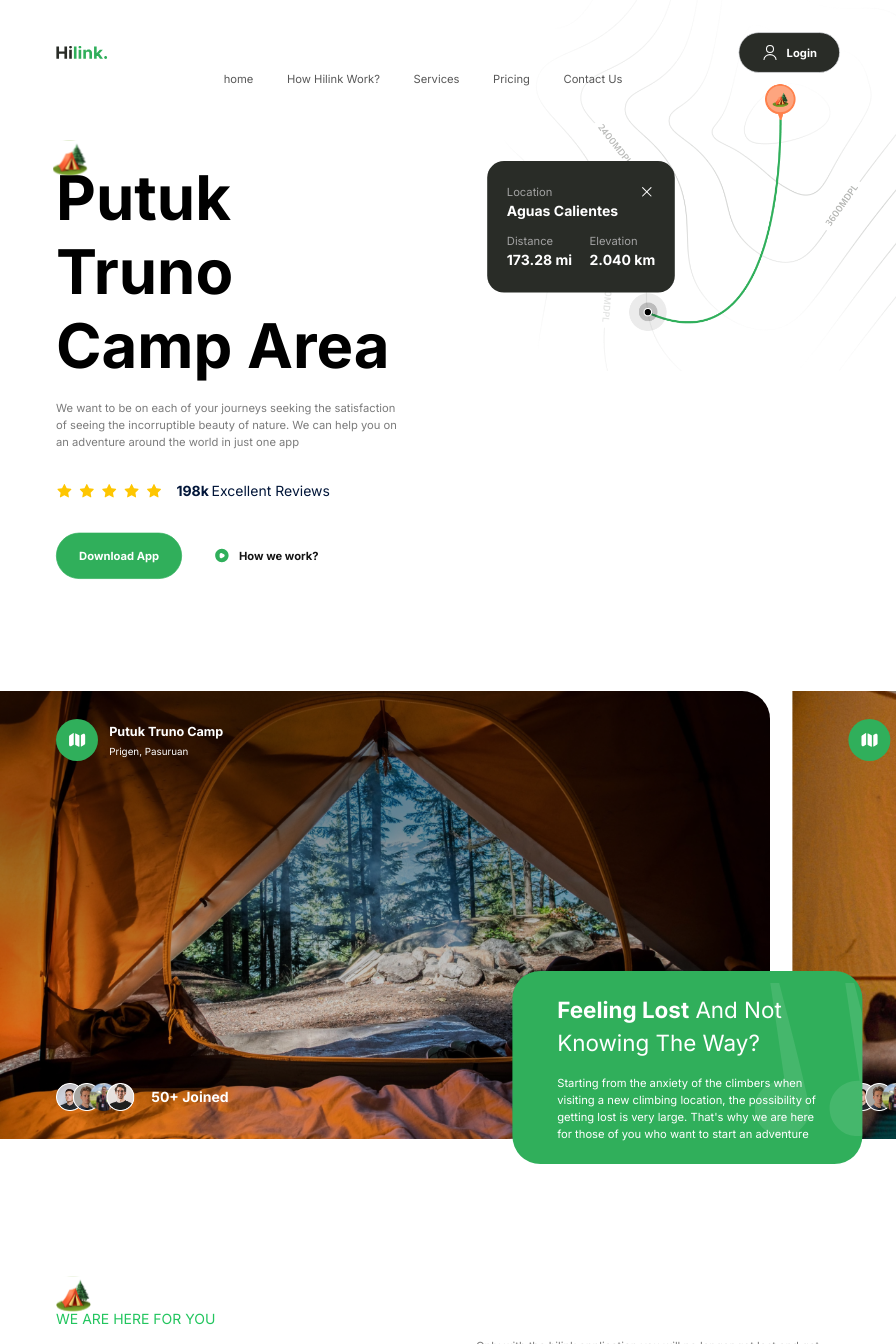
Repository: abdulrahmanmahmood/Travel-App
Page: /
These files come from the project's save history. The page is drawn as it stood at one moment and after the next save; the edit follows.
The browser window is 1280 px wide. The pictures show the part of the page from y = 0 to 1920 px (the page is 5007 px tall before and 4955 px after), at 70% of full size.
The project was rebuilt for these pictures with package versions that can differ from the ones it lists, and the page was loaded fresh each time. The framework's server and built-in components were replaced by stand-ins that run in the browser. Also part of the build but not shown: next.config.js.

Above is the page before, as saved 2023-11-10 11:30:41.

After the next save:
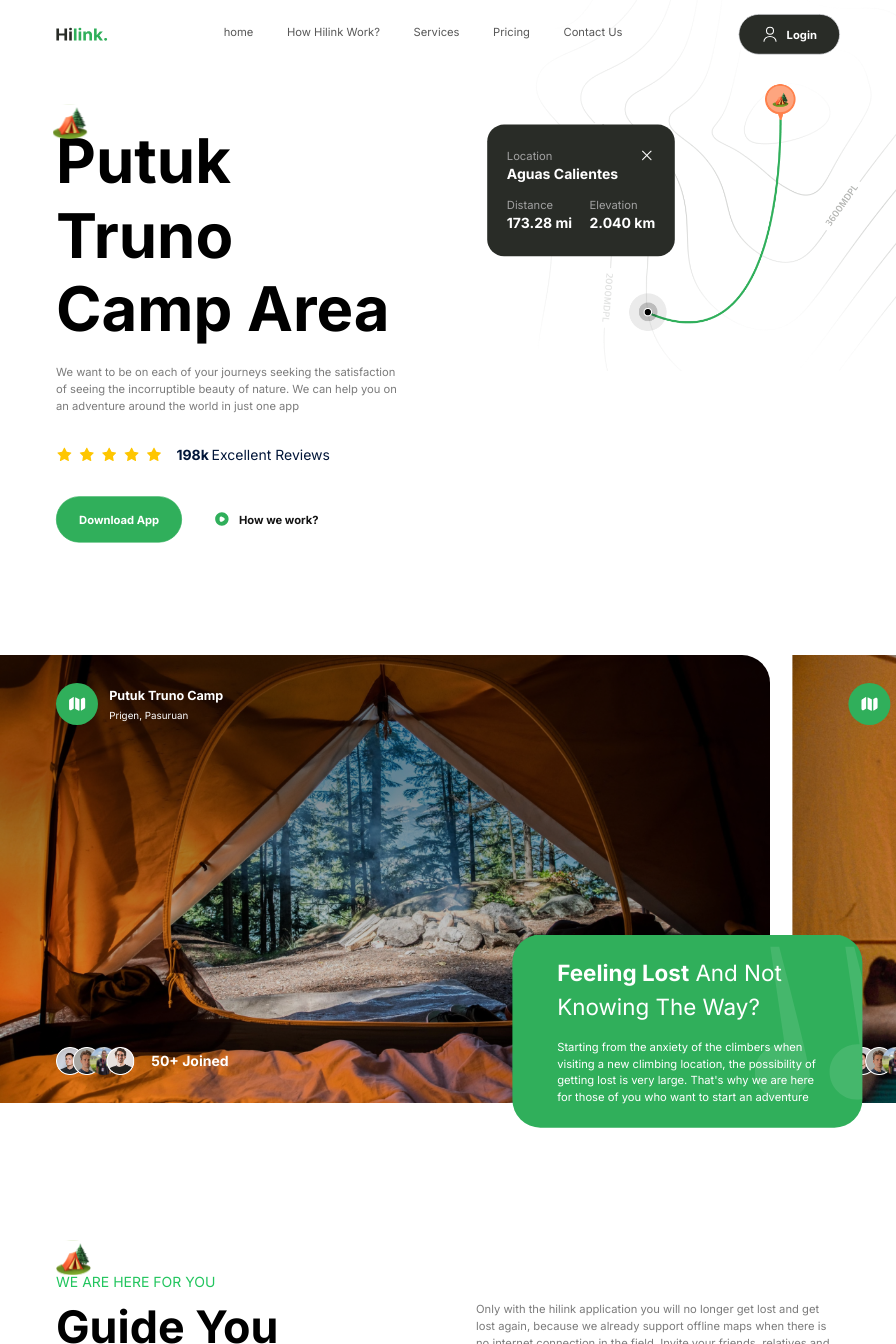
Saved 13 s later.
--- a/components/Navbar.tsx
+++ b/components/Navbar.tsx
@@ -14,7 +14,7 @@ const Navbar = () => {
       </Link>
 
 
-      <ul className="flex flex-row flex-wrap gap-5 lg:gap-12 mt-20">
+      <ul className="flex flex-row flex-wrap gap-5 lg:gap-12">
         {NAV_LINKS.map((link) => (
           <Link
             href={link.href}
